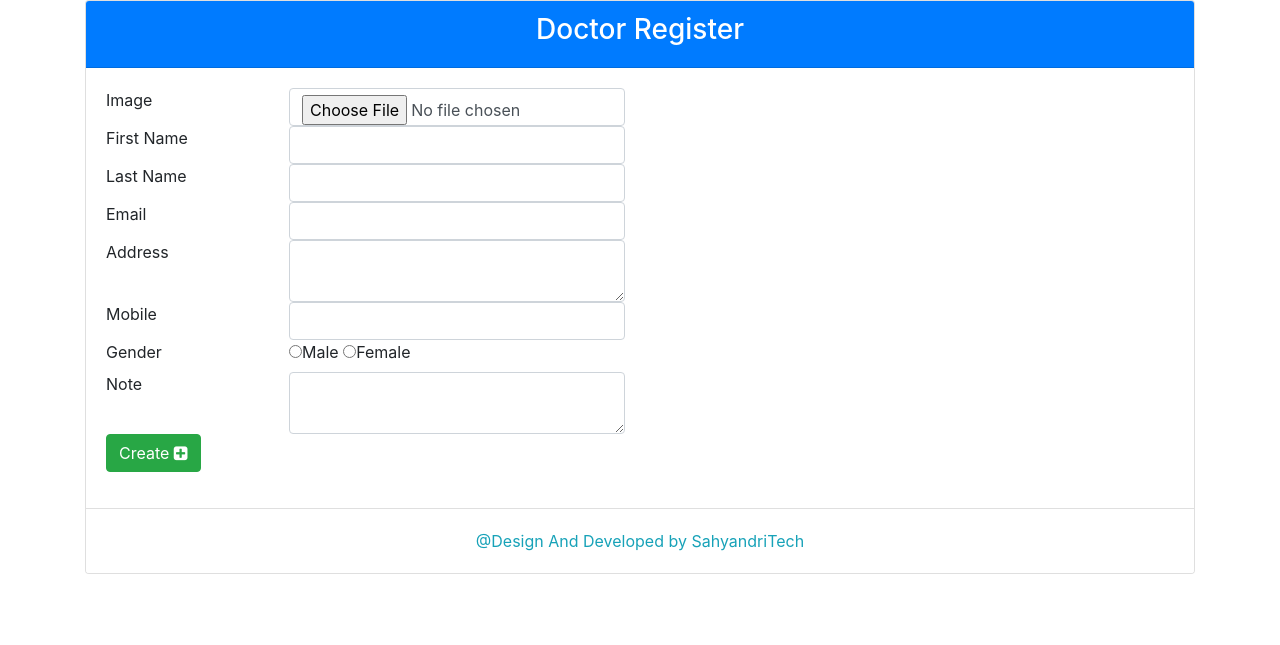
Repository: AmolRajuru11/HealthCareEx
Page: http://localhost/DoctorRegister
The author's editor kept a copy of each file at every save. The page is drawn from the files as they stood at one save, then again after the next save.
The browser window is 1280 px wide. The pictures show the whole page.
The page is this project's Thymeleaf template; nobody is signed in. The template is opened directly, without the code that normally fills it, so the values that code supplies are empty.

Above is the page before, as saved 2021-10-16 07:18:19.

### HeathCare/src/main/resources/templates/DoctorRegister.html
<html xmlns:th="https://www.thymeleaf.org/">
<head>
<link rel="stylesheet"
	href="https://cdn.jsdelivr.net/npm/bootstrap@4.5.3/dist/css/bootstrap.min.css" />
<script src="https://code.jquery.com/jquery-3.5.1.min.js"></script>
<script
	src="https://cdn.jsdelivr.net/npm/bootstrap@4.5.3/dist/js/bootstrap.bundle.min.js"></script>
<link rel="stylesheet"
	href="https://cdnjs.cloudflare.com/ajax/libs/font-awesome/4.7.0/css/font-awesome.css" />
</head>
<body>
	<div class="container">
		<div class="card">
			<div class="card-header bg-primary text-center text-white">
				<h3>Doctor Register</h3>
			</div>
			<div class="card-body">
				<form th:action="@{/doctor/save}" method="POST" id="specRegForm">

					<div class="row">
						<div class="col-2">
							<label for="photoLoc">Image</label>
						</div>
						<div class="col-4">
							<input type="file" name="fileOb" id="fileOb" class="form-control"
								onchange="uploadFile()" /> <input type="hidden" id="photoLoc"
								name="photoLoc" />
						</div>
						<div class=col-6>
							<span id="photoLocError"></span>
						</div>
					</div>

					<!--row #1-->
					<div class="row">
						<div class="col-2">
							<label for="firstName">First Name</label>
						</div>
						<div class="col-4">
							<input type="text" name="firstName" id="firstName"
								class="form-control" />
						</div>
						<div class="col-6">
							<span id="firstNameError"></span>
						</div>
					</div>

					<!--row #2-->
					<div class="row">
						<div class="col-2">
							<label for="lastName">Last Name</label>
						</div>
						<div class="col-4">
							<input type="text" name="lastName" id="lastName"
								class="form-control" />
						</div>
						<div class="col-6">
							<span id="lastNameError"></span>
						</div>
					</div>


					<!-- row #3 -->
					<div class="row">
						<div class="col-2">
							<label for="email">Email</label>
						</div>
						<div class="col-4">
							<input type="text" name="email" id="email" class="form-control" />
						</div>
						<div class="col-6">
							<span id="emailError"></span>
						</div>
					</div>

					<!-- row #Dynamic -->
					<div class="row"></div>

					<!-- row #4 -->
					<div class="row">
						<div class="col-2">
							<label for="addresss">Address</label>
						</div>
						<div class="col-4">
							<textarea name="address" id="address" class="form-control"></textarea>
						</div>
						<div class="col-6">
							<span id="addressError"></span>
						</div>
					</div>

					<!-- row #5 -->
					<div class="row">
						<div class="col-2">
							<label for="mobile">Mobile</label>
						</div>
						<div class="col-4">
							<input type="text" name="mobile" id="mobile" class="form-control" />
						</div>
						<div class="col-6">
							<span id="mobileError"></span>
						</div>
					</div>

					<!-- row #6 -->
					<div class="row">
						<div class="col-2">
							<label for="gender">Gender</label>
						</div>
						<div class="col-4">
							<input type="radio" name="gender" id="gender1" value="Male" />Male
							<input type="radio" name="gender" id="gender2" value="Female" />Female
						</div>
						<div class="col-6">
							<span id="genderError"></span>
						</div>
					</div>

					<!--row #7-->
					<div class="row">
						<div class="col-2">
							<label for="note">Note</label>
						</div>
						<div class="col-4">
							<textarea name="note" id="note" class="form-control"></textarea>
						</div>
						<div class="col-6">
							<span id="noteError"></span>
						</div>
					</div>
					<button type="submit" class="btn btn-success">
						Create <i class="fa fa-plus-square" aria-hidden="true"></i>
					</button>
				</form>
			</div>
			<div class="card-footer bg-white text-info text-center">
				<span th:text="${message}"></span> <span class="navbar-text">@Design
					And Developed by SahyandriTech </span>
			</div>
		</div>
	</div>
	<script th:src="@{/myjs/uploadImgBb.js}"></script>
</body>
</html>

### HeathCare/src/main/resources/static/myjs/uploadImgBb.js
function uploadFile() {
	var file = document.getElementById("fileOb");
	var form = new FormData();
	form.append("image", file.files[0]);
	var input = {
		url : "https://api.imgbb.com/1/upload?key=5715656d8ac75ead2ae0ede622dfe74d",
		method : "POST",
		timeout : 0,
		processData : false,
		mimeType : "multipart/form-data",
		contentType : false,
		data : form,
	};

	$.ajax(inputs).done(function(response) {
		var job = JSON.parse(response);
		$("#photoLoc").val(job.data.url);
	});

}

After the next save:
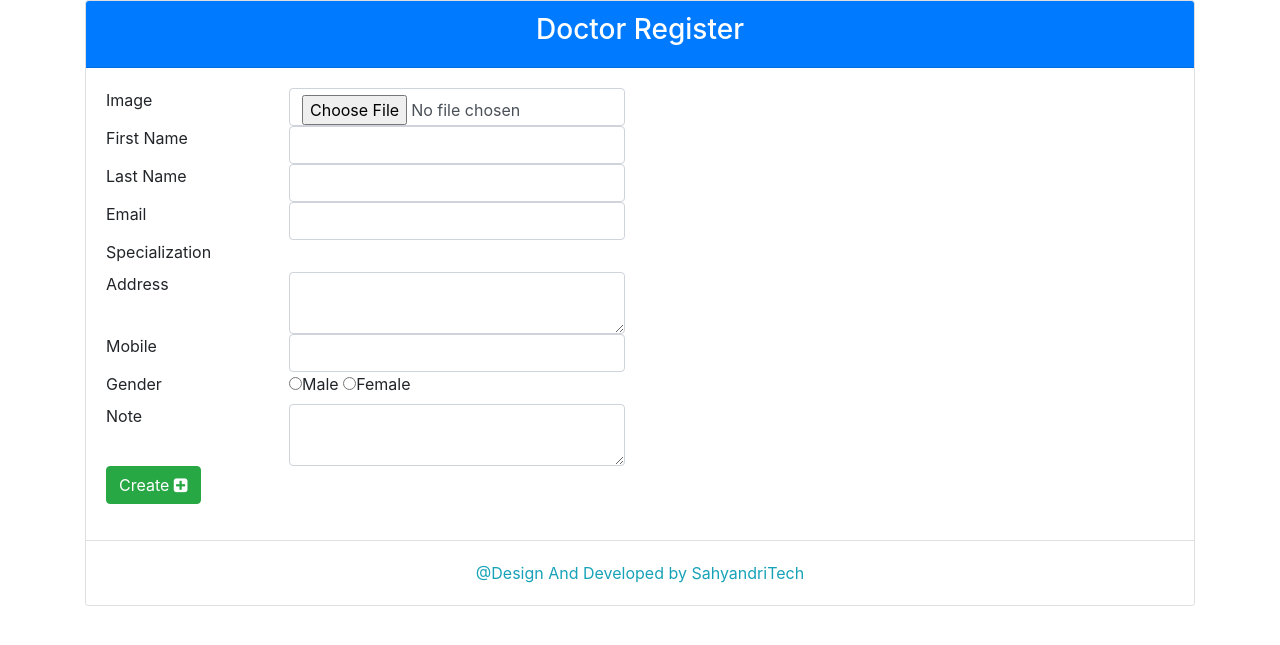
Saved 10 min 42 s later.
--- a/HeathCare/src/main/resources/templates/DoctorRegister.html
+++ b/HeathCare/src/main/resources/templates/DoctorRegister.html
@@ -74,7 +74,11 @@
 					</div>
 
 					<!-- row #Dynamic -->
-					<div class="row"></div>
+					<div class="row">
+						<div class="col-2">
+						<label for="specialization">Specialization</label>
+						</div>
+					</div>
 
 					<!-- row #4 -->
 					<div class="row">
